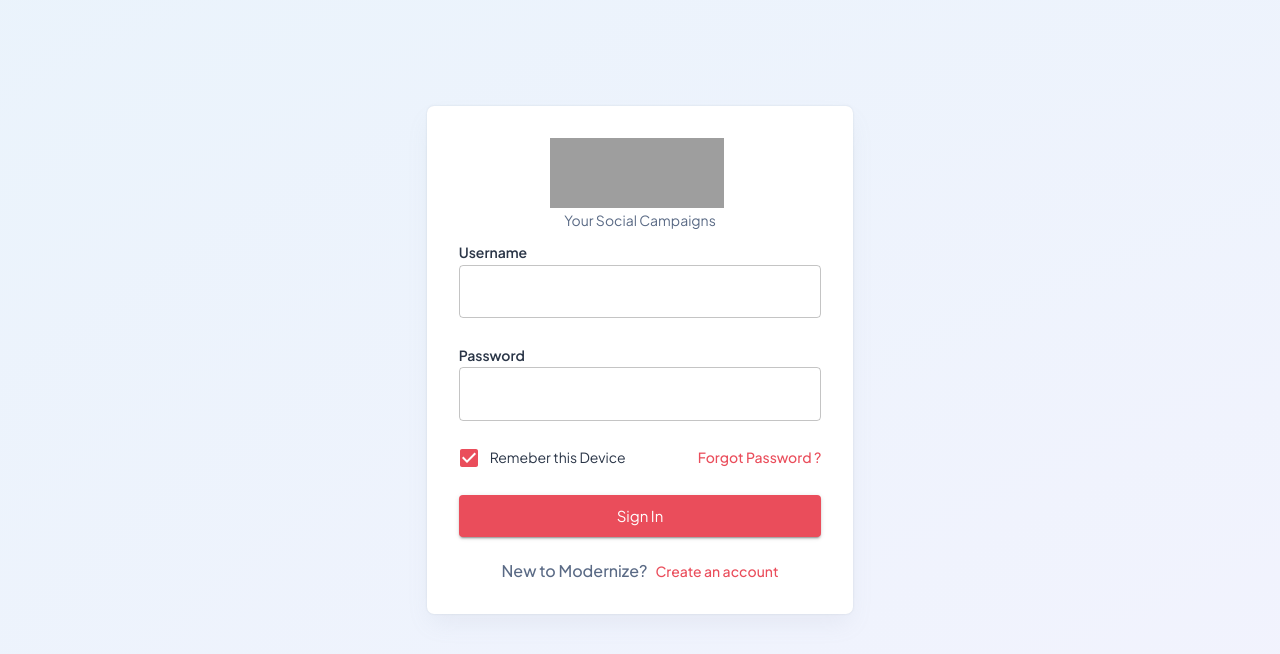
Repository: NoteDevil/adminpanel.dragon-games.com
Page: /authentication/login
These files come from the project's save history. The page is drawn as it stood at one moment and after the next save; the edit follows.
The browser window is 1280 px wide. The pictures show the whole page.
Pictures or frames that could not be fetched are drawn as grey boxes. The project was rebuilt for these pictures with package versions that can differ from the ones it lists, and the page was loaded fresh each time. The framework's server and built-in components were replaced by stand-ins that run in the browser. Also part of the build but not shown: next.config.js.

Above is the page before, as saved 2024-09-12 21:16:23.

### src/app/authentication/login/page.tsx
"use client";
import Link from "next/link";
import { Grid, Box, Card, Stack, Typography } from "@mui/material";
// components
import PageContainer from "@/app/(DashboardLayout)/components/container/PageContainer";
import Logo from "@/app/(DashboardLayout)/layout/shared/logo/Logo";
import AuthLogin from "../auth/AuthLogin";

const Login2 = () => {
  return (
    <PageContainer title="Login" description="this is Login page">
      <Box
        sx={{
          position: "relative",
          "&:before": {
            content: '""',
            background: "radial-gradient(#d2f1df, #d3d7fa, #bad8f4)",
            backgroundSize: "400% 400%",
            animation: "gradient 15s ease infinite",
            position: "absolute",
            height: "100%",
            width: "100%",
            opacity: "0.3",
          },
        }}
      >
        <Grid
          container
          spacing={0}
          justifyContent="center"
          sx={{ height: "100vh" }}
        >
          <Grid
            item
            xs={12}
            sm={12}
            lg={4}
            xl={3}
            display="flex"
            justifyContent="center"
            alignItems="center"
          >
            <Card
              elevation={9}
              sx={{ p: 4, zIndex: 1, width: "100%", maxWidth: "500px" }}
            >
              <Box display="flex" alignItems="center" justifyContent="center">
                <Logo />
              </Box>
              <AuthLogin
                subtext={
                  <Typography
                    variant="subtitle1"
                    textAlign="center"
                    color="textSecondary"
                    mb={1}
                  >
                    Your Social Campaigns
                  </Typography>
                }
                subtitle={
                  <Stack
                    direction="row"
                    spacing={1}
                    justifyContent="center"
                    mt={3}
                  >
                    <Typography
                      color="textSecondary"
                      variant="h6"
                      fontWeight="500"
                    >
                      New to Modernize?
                    </Typography>
                    <Typography
                      component={Link}
                      href="/authentication/register"
                      fontWeight="500"
                      sx={{
                        textDecoration: "none",
                        color: "primary.main",
                      }}
                    >
                      Create an account
                    </Typography>
                  </Stack>
                }
              />
            </Card>
          </Grid>
        </Grid>
      </Box>
    </PageContainer>
  );
};
export default Login2;

### src/utils/theme/DefaultColors.tsx
import { createTheme } from "@mui/material/styles";
import { Plus_Jakarta_Sans } from "next/font/google";

export const plus = Plus_Jakarta_Sans({
  weight: ["300", "400", "500", "600", "700"],
  subsets: ["latin"],
  display: "swap",
  fallback: ["Helvetica", "Arial", "sans-serif"],
});

const baselightTheme = createTheme({
  direction: "ltr",
  palette: {
    primary: {
      main: "#EA4D5B",
      light: "#1F2235",
      dark: "#4570EA",
    },
    secondary: {
      main: "#49BEFF",
      light: "#E8F7FF",
      dark: "#23afdb",
    },
    success: {
      main: "#13DEB9",
      light: "#E6FFFA",
      dark: "#02b3a9",
      contrastText: "#EA4D5B",
    },
    info: {
      main: "#539BFF",
      light: "#EBF3FE",
      dark: "#1682d4",
      contrastText: "#EA4D5B",
    },
    error: {
      main: "#FA896B",
      light: "#FDEDE8",
      dark: "#f3704d",
      contrastText: "#EA4D5B",
    },
    warning: {
      main: "#FFAE1F",
      light: "#FEF5E5",
      dark: "#ae8e59",
      contrastText: "#EA4D5B",
    },
    grey: {
      100: "#F2F6FA",
      200: "#EAEFF4",
      300: "#DFE5EF",
      400: "#7C8FAC",
      500: "#5A6A85",
      600: "#2A3547",
    },
    text: {
      primary: "#2A3547",
      secondary: "#5A6A85",
    },
    action: {
      disabledBackground: "rgba(73,82,88,0.12)",
      hoverOpacity: 0.02,
      hover: "#f6f9fc",
    },
    divider: "#e5eaef",
  },
  typography: {
    fontFamily: plus.style.fontFamily,
    h1: {
      fontWeight: 600,
      fontSize: "2.25rem",
      lineHeight: "2.75rem",
      fontFamily: plus.style.fontFamily,
    },
    h2: {
      fontWeight: 600,
      fontSize: "1.875rem",
      lineHeight: "2.25rem",
      fontFamily: plus.style.fontFamily,
    },
    h3: {
      fontWeight: 600,
      fontSize: "1.5rem",
      lineHeight: "1.75rem",
      fontFamily: plus.style.fontFamily,
    },
    h4: {
      fontWeight: 600,
      fontSize: "1.3125rem",
      lineHeight: "1.6rem",
    },
    h5: {
      fontWeight: 600,
      fontSize: "1.125rem",
      lineHeight: "1.6rem",
    },
    h6: {
      fontWeight: 600,
      fontSize: "1rem",
      lineHeight: "1.2rem",
    },
    button: {
      textTransform: "capitalize",
      fontWeight: 400,
    },
    body1: {
      fontSize: "0.875rem",
      fontWeight: 400,
      lineHeight: "1.334rem",
    },
    body2: {
      fontSize: "0.75rem",
      letterSpacing: "0rem",
      fontWeight: 400,
      lineHeight: "1rem",
    },
    subtitle1: {
      fontSize: "0.875rem",
      fontWeight: 400,
    },
    subtitle2: {
      fontSize: "0.875rem",
      fontWeight: 400,
    },
  },
  components: {
    MuiCssBaseline: {
      styleOverrides: {
        ".MuiPaper-elevation9, .MuiPopover-root .MuiPaper-elevation": {
          boxShadow:
            "rgb(145 158 171 / 30%) 0px 0px 2px 0px, rgb(145 158 171 / 12%) 0px 12px 24px -4px !important",
        },
      },
    },
    MuiCard: {
      styleOverrides: {
        root: {
          borderRadius: "7px",
        },
      },
    },
  },
});

export { baselightTheme };

### src/app/authentication/auth/AuthLogin.tsx
import React from "react";
import {
  Box,
  Typography,
  FormGroup,
  FormControlLabel,
  Button,
  Stack,
  Checkbox,
} from "@mui/material";
import Link from "next/link";

import CustomTextField from "@/app/(DashboardLayout)/components/forms/theme-elements/CustomTextField";

interface loginType {
  title?: string;
  subtitle?: JSX.Element | JSX.Element[];
  subtext?: JSX.Element | JSX.Element[];
}

const AuthLogin = ({ title, subtitle, subtext }: loginType) => (
  <>
    {title ? (
      <Typography fontWeight="700" variant="h2" mb={1}>
        {title}
      </Typography>
    ) : null}

    {subtext}

    <Stack>
      <Box>
        <Typography
          variant="subtitle1"
          fontWeight={600}
          component="label"
          htmlFor="username"
          mb="5px"
        >
          Username
        </Typography>
        <CustomTextField variant="outlined" fullWidth />
      </Box>
      <Box mt="25px">
        <Typography
          variant="subtitle1"
          fontWeight={600}
          component="label"
          htmlFor="password"
          mb="5px"
        >
          Password
        </Typography>
        <CustomTextField type="password" variant="outlined" fullWidth />
      </Box>
      <Stack
        justifyContent="space-between"
        direction="row"
        alignItems="center"
        my={2}
      >
        <FormGroup>
          <FormControlLabel
            control={<Checkbox defaultChecked />}
            label="Remeber this Device"
          />
        </FormGroup>
        <Typography
          component={Link}
          href="/"
          fontWeight="500"
          sx={{
            textDecoration: "none",
            color: "primary.main",
          }}
        >
          Forgot Password ?
        </Typography>
      </Stack>
    </Stack>
    <Box>
      <Button
        color="primary"
        variant="contained"
        size="large"
        fullWidth
        component={Link}
        href="/"
        type="submit"
      >
        Sign In
      </Button>
    </Box>
    {subtitle}
  </>
);

export default AuthLogin;

Loaded but not shown: src/app/layout.tsx (common file); src/app/(DashboardLayout)/components/container/PageContainer.tsx (common file); src/app/(DashboardLayout)/layout/shared/logo/Logo.tsx (common file); src/app/(DashboardLayout)/components/forms/theme-elements/CustomTextField.tsx (common file)

After the next save:
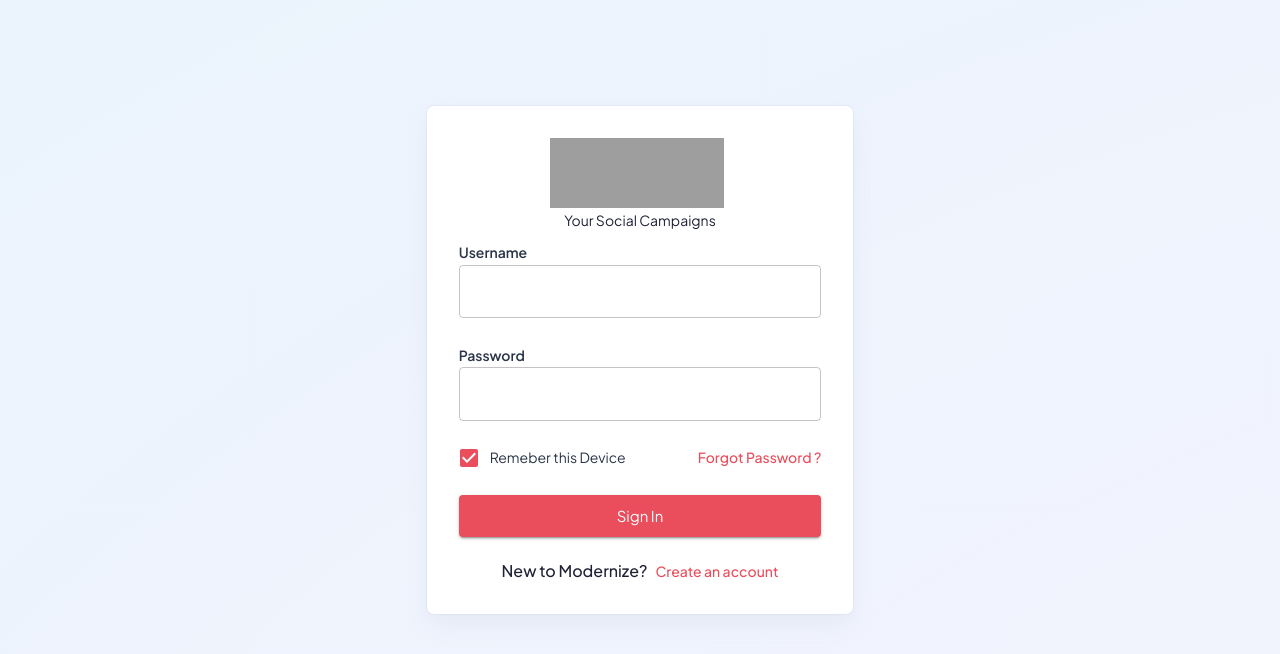
Saved 3 min 2 s later.
--- a/src/utils/theme/DefaultColors.tsx
+++ b/src/utils/theme/DefaultColors.tsx
@@ -55,7 +55,7 @@ const baselightTheme = createTheme({
     },
     text: {
       primary: "#2A3547",
-      secondary: "#5A6A85",
+      secondary: "#1F2235",
     },
     action: {
       disabledBackground: "rgba(73,82,88,0.12)",
